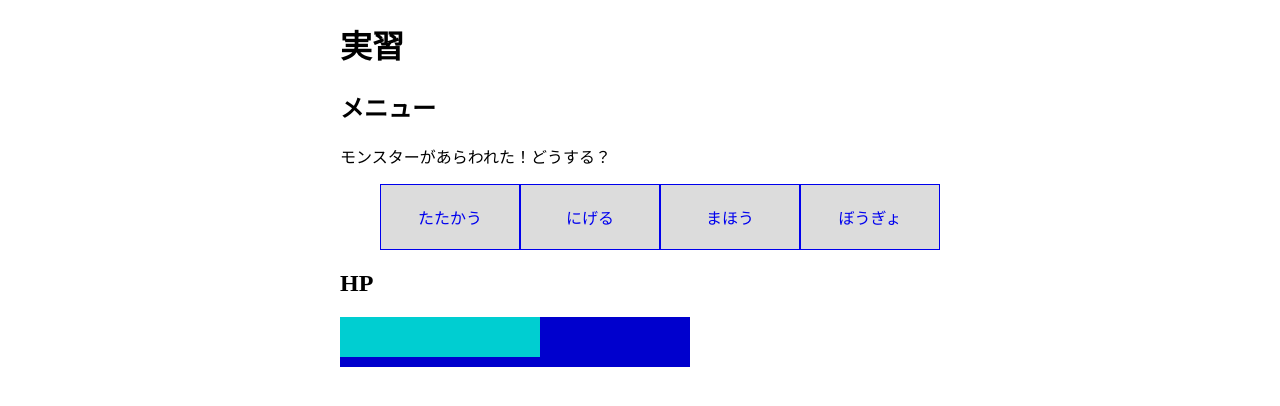
Repository: tomimaler/dc_work_tamachi_inagaki_html
Page: practice_layout/practice_layout.html
The author's editor kept a record of every edit. The page is drawn from the files as they stood at one moment, then again after the next edit.
The browser window is 1280 px wide. The pictures show the whole page.

Above is the page before.

After the next edit:
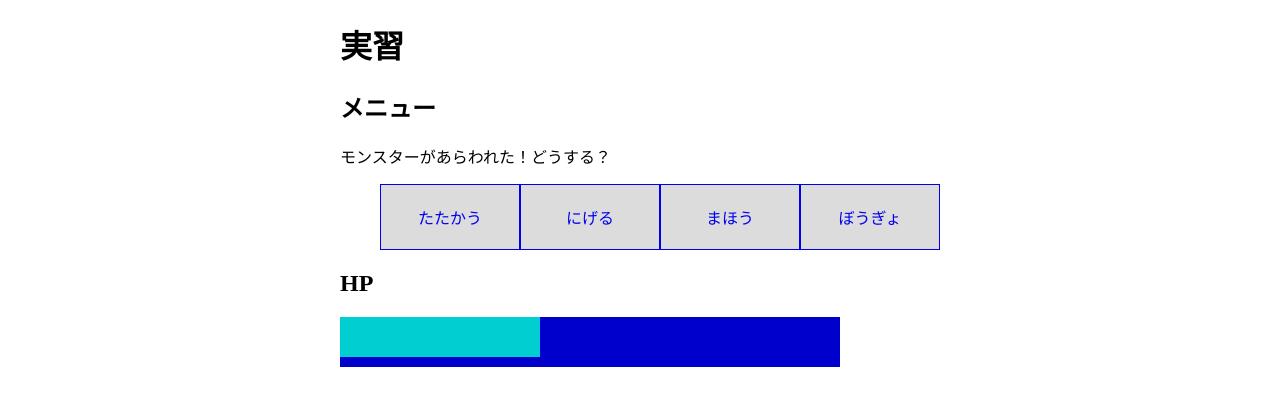
The edit:
--- a/practice_layout/practice_layout.css
+++ b/practice_layout/practice_layout.css
@@ -26,7 +26,7 @@
 }
 
 .hpbar {
-    width:350px;
+    width:500px;
     height:50px;
     background-color:#0000CD;
 
